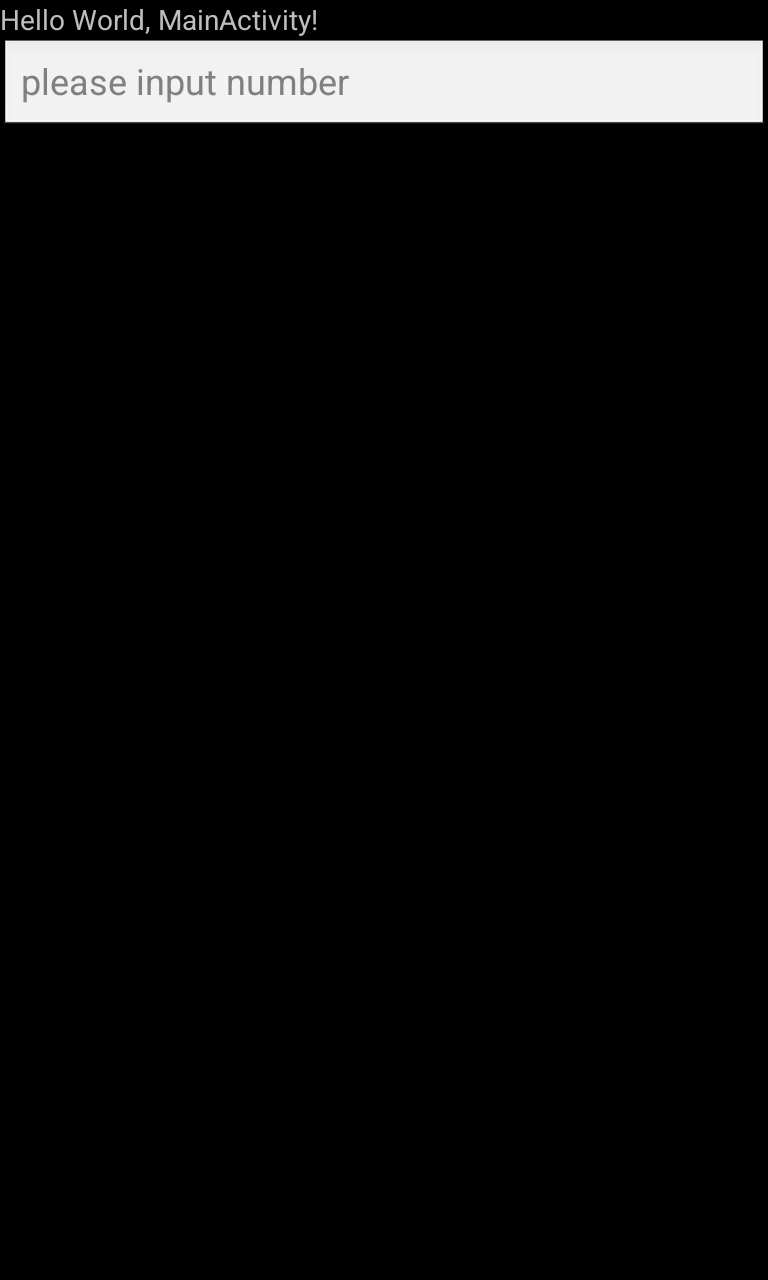
Repository: fangbao/Google_Android
Layout: Android_space/3.EditText/res/layout/main.xml
These files come from the project's save history. The layout is drawn as it stood at one moment and after the next save; the edit follows.
It is drawn on a 768 x 1280 px phone screen (xhdpi) without system bars, with theme android:Theme; the app's code is not run.

Above is the layout before, as saved 2011-12-23 23:57:29.

After the next save:
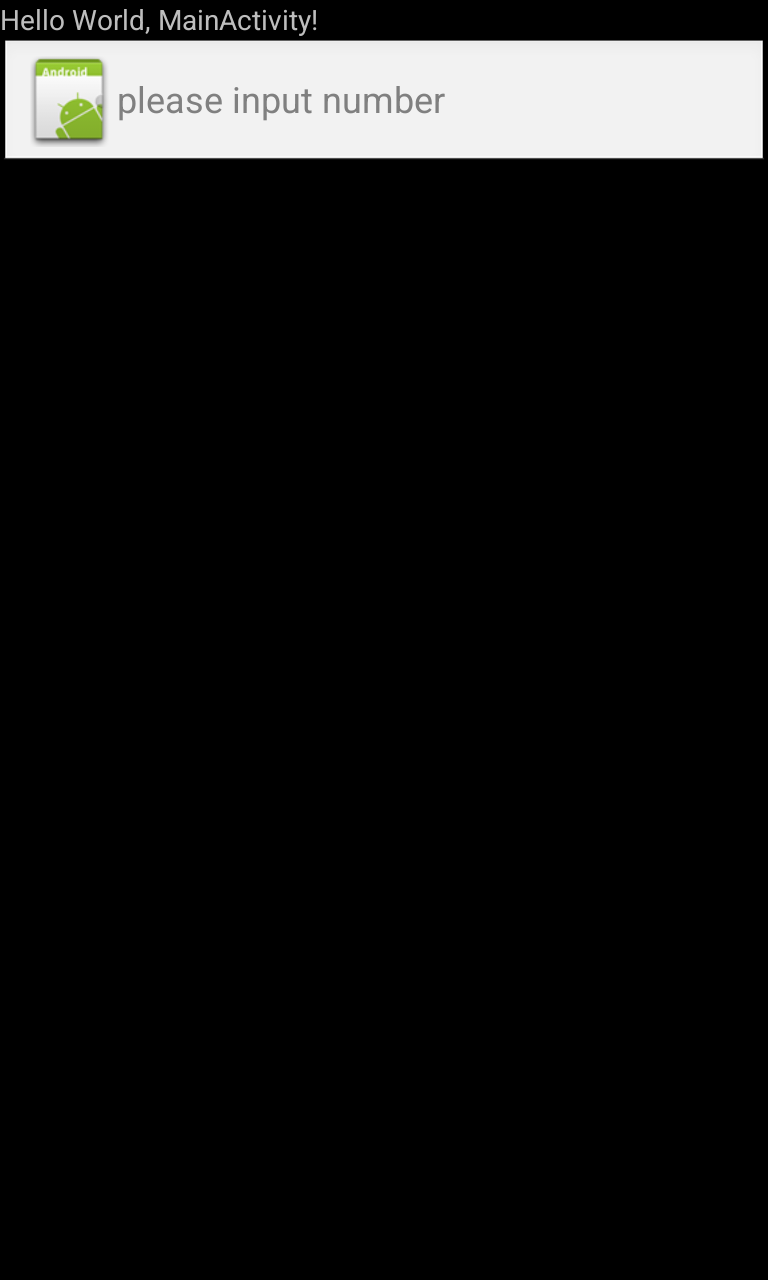
Saved 2 min 17 s later.
--- a/Android_space/3.EditText/res/layout/main.xml
+++ b/Android_space/3.EditText/res/layout/main.xml
@@ -15,6 +15,7 @@
         android:singleLine="true"
         android:inputType="number"
         android:hint="please input number"
+        android:drawableLeft="@drawable/ic_launcher"
         />
 
 </LinearLayout>
